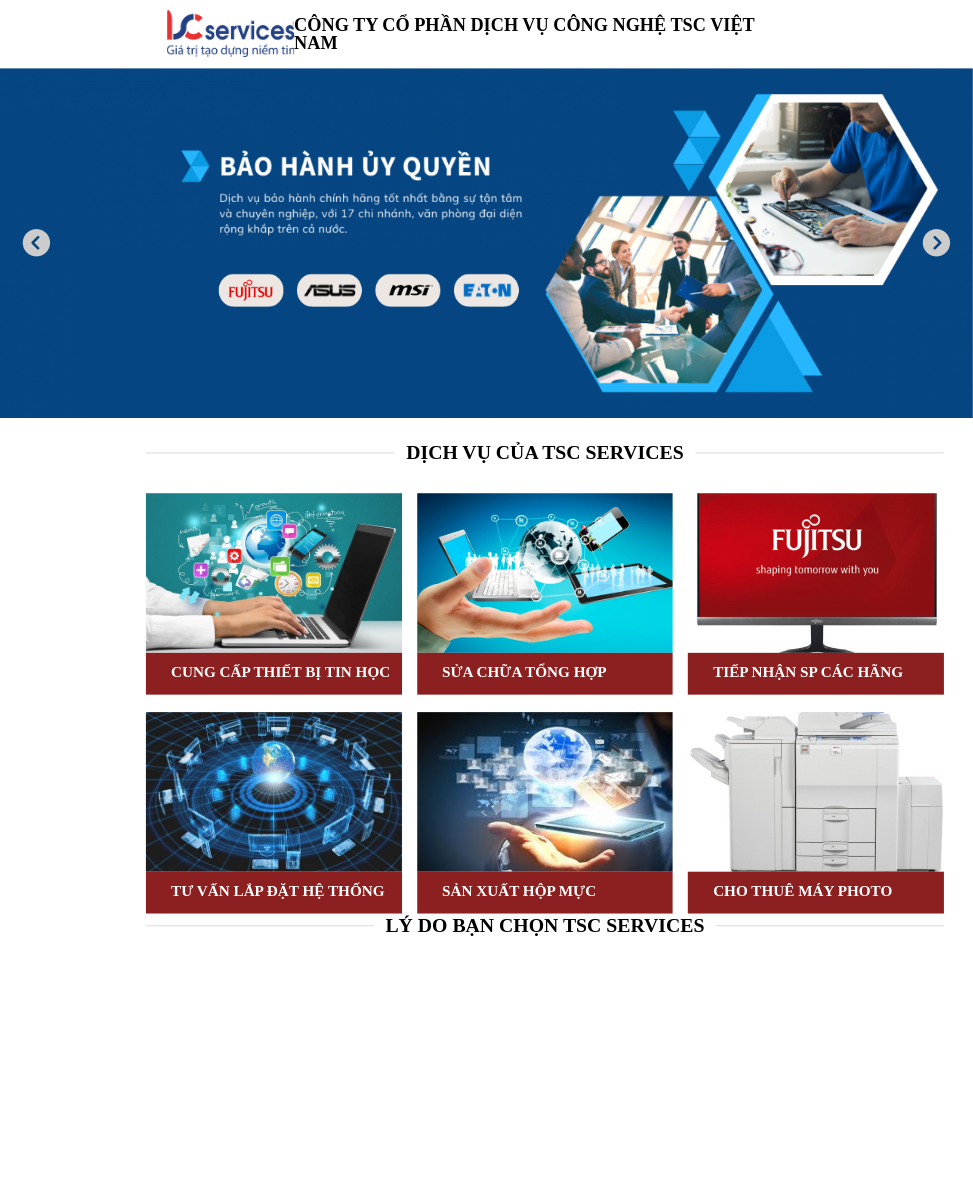
Repository: nguyentrongdai34/tsc-project
Page: index.html
These files come from the project's save history. The page is drawn as it stood at one moment and after the next save; the edit follows.
The browser window is 1280 px wide. The pictures show the whole page, at 76% of full size.

Above is the page before, as saved 2024-12-03 13:17:00.

### index.html
<!DOCTYPE html>
<html lang="en">
  <head>
    <meta charset="UTF-8" />
    <meta name="viewport" content="width=device-width, initial-scale=1.0" />
    <link rel="preconnect" href="https://fonts.googleapis.com" />
    <link rel="preconnect" href="https://fonts.gstatic.com" crossorigin />
    <link
      href="https://fonts.googleapis.com/css2?family=Poppins:wght@300;400;500;600;700&family=Roboto:ital,wght@0,100;0,300;0,400;0,500;0,700;0,900;1,100;1,300;1,400;1,500;1,700;1,900&display=swap"
      rel="stylesheet"
    />
    <link
      rel="stylesheet"
      href="https://cdnjs.cloudflare.com/ajax/libs/font-awesome/6.7.1/css/all.min.css"
      integrity="sha512-5Hs3dF2AEPkpNAR7UiOHba+lRSJNeM2ECkwxUIxC1Q/FLycGTbNapWXB4tP889k5T5Ju8fs4b1P5z/iB4nMfSQ=="
      crossorigin="anonymous"
      referrerpolicy="no-referrer"
    />
    <link rel="stylesheet" href="./reset.css" />
    <link rel="stylesheet" href="./style.css" />
    <title>CÔNG TY CỔ PHẦN DỊCH VỤ CÔNG NGHỆ TSC VIỆT NAM</title>
  </head>
  <body>
    <!-- heaer-main -->
    <div class="header-main">
      <!-- header -->
      <div class="header">
        <!-- logo -->
        <div class="header-logo">
          <img src="./img/Logo-tsc.png" alt="công ty logo" />
        </div>
        <!-- header-slogan -->
        <span class="header-slogan">
          <strong>CÔNG TY CỔ PHẦN DỊCH VỤ CÔNG NGHỆ TSC VIỆT NAM</strong>
        </span>
      </div>
    </div>

    <!-- Hero -->
    <div class="hero">
      <div class="hero-img">
        <img src="./img/tsc1.png" alt="" class="slider-image" />

        <div class="hero-circle">
          <i
            class="circle-left fa-solid fa-circle-chevron-left"
            onclick="prev()"
          ></i>
          <i
            class="circle-right fa-solid fa-circle-chevron-right"
            onclick="next()"
          ></i>
        </div>
      </div>
    </div>

    <!-- Section -->
    <div class="section" style="height: 1000px">
      <div class="section-container">
        <h2 class="section-title">
          <b></b>
          <span class="section-title-main">DỊCH VỤ CỦA TSC SERVICES</span>
          <b></b>
        </h2>
      </div>
      <div class="row">
        <div class="section-gird">
          <div class="grid-item">
            <img src="./img/box-item1.jpg" alt="Image 1" />
            <div class="section-box">
              <span class="box-item-inner">CUNG CẤP THIẾT BỊ TIN HỌC</span>
            </div>
          </div>

          <div class="grid-item">
            <img src="./img/box-item2.jpg" alt="Image 2" />
            <div class="section-box">
              <span class="box-item-inner">SỬA CHỮA TỔNG HỢP</span>
            </div>
          </div>
          <div class="grid-item">
            <img src="./img/box-item3.png" alt="Image 3" />
            <div class="section-box">
              <span class="box-item-inner">TIẾP NHẬN SP CÁC HÃNG </span>
            </div>
          </div>
          <div class="grid-item">
            <img src="./img/box-item4.jpg" alt="Image 4" />
            <div class="section-box">
              <span class="box-item-inner">TƯ VẤN LẮP ĐẶT HỆ THỐNG</span>
            </div>
          </div>
          <div class="grid-item">
            <img src="./img/box-item5.jpg" alt="Image 5" />
            <div class="section-box">
              <span class="box-item-inner">SẢN XUẤT HỘP MỰC</span>
            </div>
          </div>
          <div class="grid-item">
            <img src="./img/box-item6.jpg" alt="Image 6" />
            <div class="section-box">
              <span class="box-item-inner">CHO THUÊ MÁY PHOTO</span>
            </div>
          </div>
        </div>
      </div>
      <div class="section-container">
        <h2 class="section-title">
          <b></b>
          <span class="section-title-main">lý do bạn chọn TSC SERVICES</span>
          <b></b>
        </h2>
      </div>
    </div>

    <script src="./SliderImage.js"></script>
  </body>
</html>

### style.css
.header-main {
  display: flex;
  height: 90px;
}

.header {
  display: flex;
  /* background-color: #ccc; */
  justify-content: space-between;
  flex-direction: column;
  align-items: center;
  width: 100%;
  flex-flow: row nowrap;
  padding-right: 15px;
}

.header-logo img {
  object-fit: cover;
  margin-left: 220px;
  width: 167px;
  height: 62px;
}

.header-slogan {
  margin-right: 220px;
  font-size: 24px;
}

.header-slogan strong {
  text-direction: none;
  font-weight: bolder;
  text-transform: uppercase;
}

/* hero */

.hero {
  cursor: pointer;
  padding: 0 0 30px 0;
}

.hero-img img {
  width: 100%;
  height: 460px;
  position: relative;
  object-fit: cover;
}

.hero-circle {
  top: 42%;
  position: absolute;
}

.hero-circle i {
  color: #ccc;
  font-size: 36px;
}

.hero-circle i:hover {
  transition: color 0.3s ease, background-color 0.3s ease;
  color: #dd3333;
}

.hero-circle {
  width: 100%;
  display: flex;
  justify-content: space-between;
  z-index: 999;
}

.circle-left {
  margin-left: 30px;
}

.circle-right {
  margin-right: 30px;
  width: 36px;
  height: 36px;
}

/* section */
.section {
  width: 1050px;
  margin-left: 15%;
}

.section-title {
  position: relative;
  display: flex;
  flex-flow: row wrap;
  align-items: center;
  justify-content: space-between;
  width: 100%;
  padding-bottom: 40px;
}

.section-title b {
  display: block;
  -ms-flex: 1;
  flex: 1;
  height: 2px;
  opacity: 0.1;
  background-color: currentColor;
}

.section-title-main {
  margin: 0 15px;
  font-size: 26px;
  text-transform: uppercase;
  font-weight: 700;
}

.row {
}

.section-gird {
  display: grid;
  grid-template-columns: repeat(3, 1fr);
  gap: 20px;
  grid-template-rows: auto auto;
}

.grid-item img {
  width: 338px;
  height: 210px;
  object-fit: cover;
  max-width: 100%;
}

.btn {
  margin-top: 10px; /* Khoảng cách giữa ảnh và button */
  padding: 10px 20px;
  background-color: #c42e2b;
  color: white;
  border: none;
  cursor: pointer;
  font-size: 16px;
  text-transform: uppercase;
  border-radius: 5px;
  transition: background-color 0.3s;
}

.btn:hover {
  background-color: #a02626;
}

.section-box {
  transform: translateY(-3px);
  background-color: rgb(140, 31, 31);
  padding: 15px 15px 20px;
}

.box-item-inner {
  font-weight: 700;
  font-size: 20px;
  color: #ffffff;
  margin-left: 18px;
}

### SliderImage.js
let Slider_image = document.querySelector(".slider-image");
let images = ["tsc1.png", "tsc2.png", "tsc3.png", "tsc4.png", "tsc5.png"];
let i = 0; // Giá Trị bắt đầu index

function prev() {
  if (i <= 0) i = images.length;
  i--;
  return setImg();
}

function next() {
  if (i >= images.length - 1) i = -1;
  i++;
  return setImg();
}

function setImg() {
  return Slider_image.setAttribute("src", "./img/" + images[i]);
}

Loaded but not shown: reset.css (common file)

After the next save:
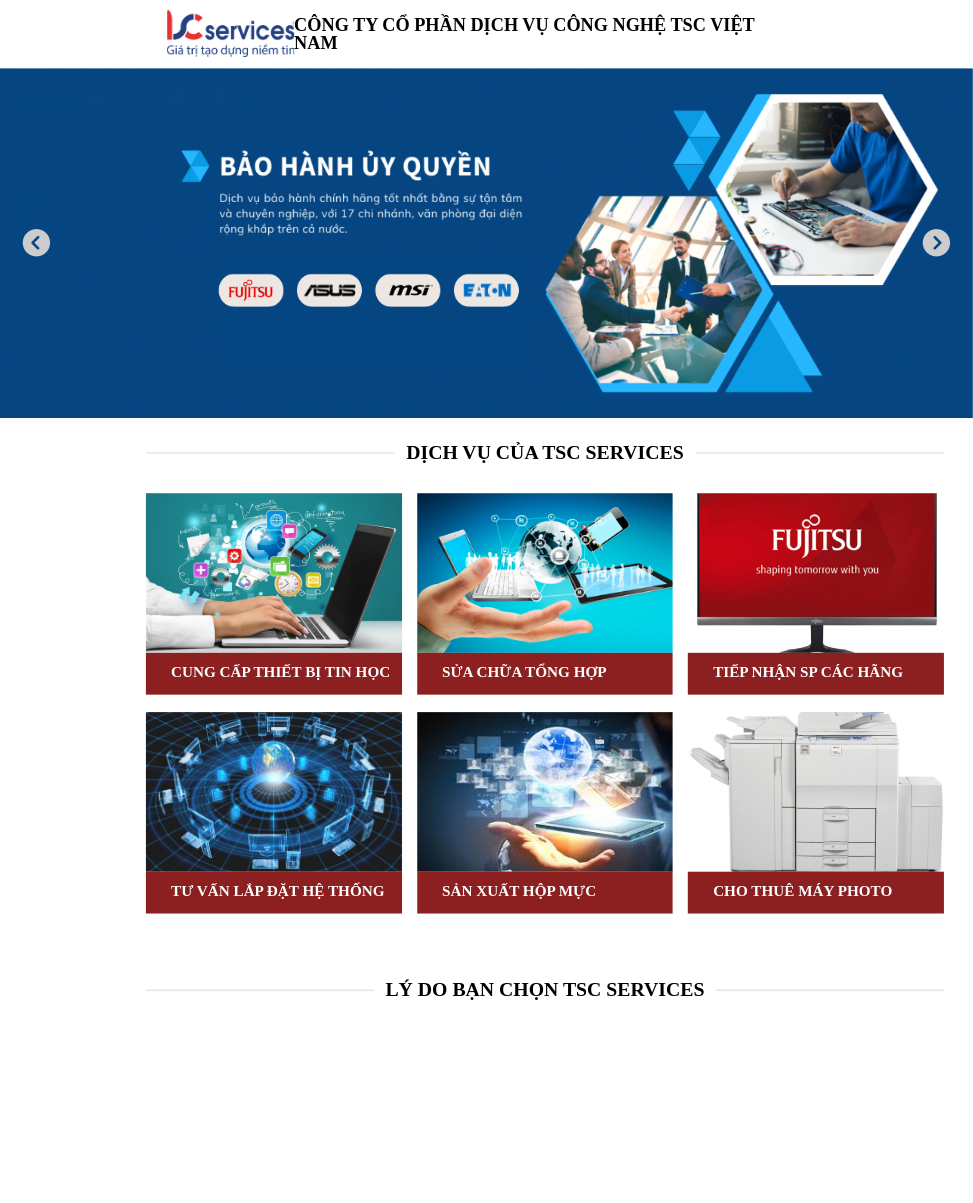
Saved 60 s later.
--- a/style.css
+++ b/style.css
@@ -118,6 +118,7 @@
   grid-template-columns: repeat(3, 1fr);
   gap: 20px;
   grid-template-rows: auto auto;
+  padding-bottom: 85px;
 }
 
 .grid-item img {
